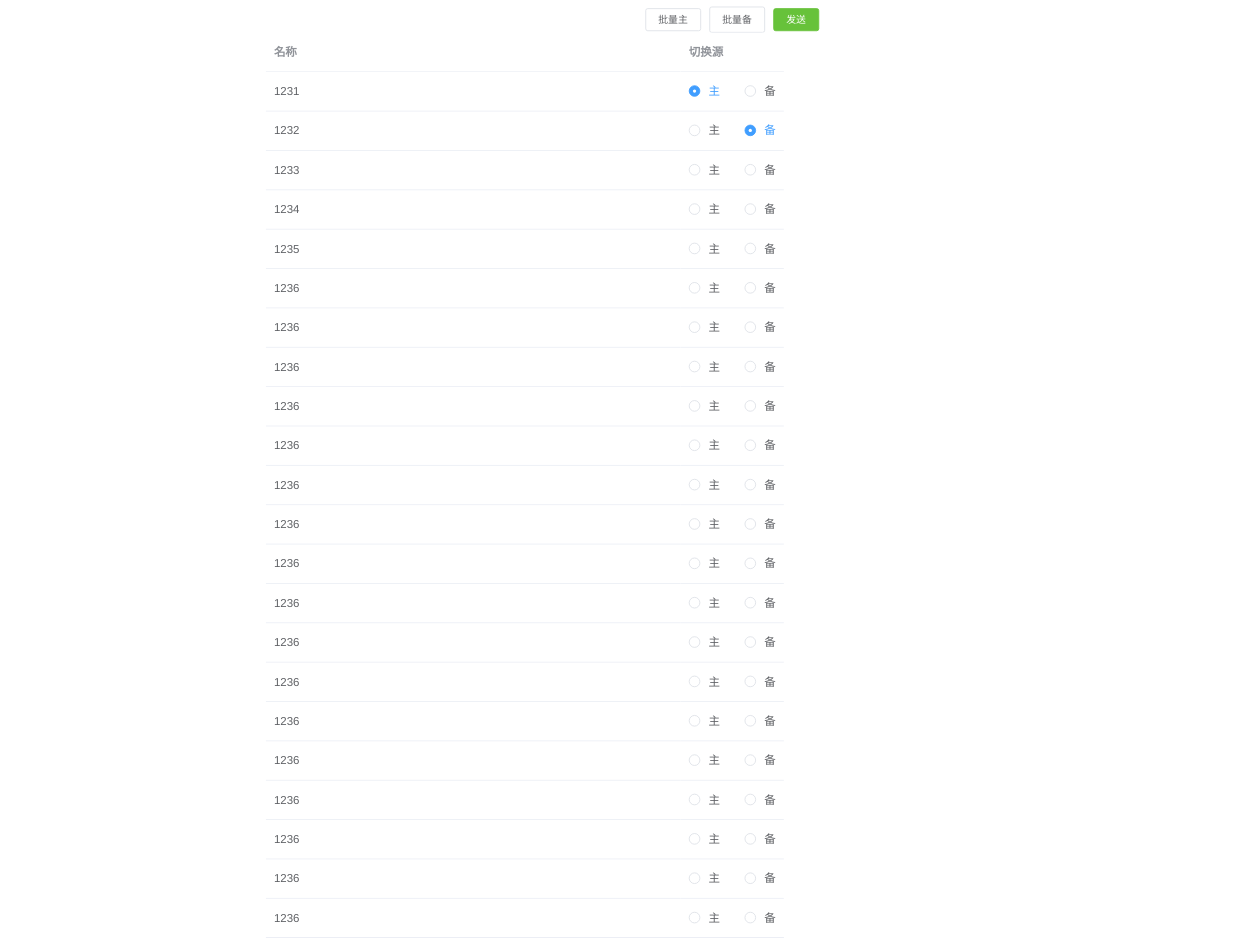
Repository: faintout/BHMQTTSendTool
Page: /
An editor plug-in stored every save of this project. The page is shown before and after the next save, followed by the edit.
The browser window is 1280 px wide. The page is 1525 px wide, so the pictures cover 1525 px, including what lies to the right of the window. The pictures show the whole page, at 82% of full size.
The project was rebuilt for these pictures with package versions that can differ from the ones it lists, and the page was loaded fresh each time. Also part of the build but not shown: vue.config.js. Imported but missing from the stored project, and not drawn on this page: src/views/About.vue.

Above is the page before, as saved 2020-08-26 14:08:55.

### public/index.html
<!DOCTYPE html>
<html lang="en">
  <head>
    <meta charset="utf-8">
    <meta http-equiv="X-UA-Compatible" content="IE=edge">
    <meta name="viewport" content="width=device-width,initial-scale=1.0">
    <link rel="stylesheet" href="">
    <title></title>
  </head>
  <body>
    <div id="app">

    </div>
    <!-- built files will be auto injected -->
  </body>
</html>

### src/main.js
import Vue from 'vue'
import App from './App.vue'
import router from './router'
import $ from 'jquery'
import ElementUi from 'element-ui'
import 'element-ui/lib/theme-chalk/index.css'
import 'element-ui/lib/theme-chalk/reset.css'

Vue.config.productionTip = false
Vue.use(ElementUi)
new Vue({
  router,
  render: h => h(App)
}).$mount('#app')

### src/views/Home.vue
<template>
  <div class="content">
      <title></title>
          <!-- 按钮模块 -->
    <div style="position: relative;left: calc(50% - 30%);">
       <el-button size="mini">批量主</el-button>
       <el-button size="small">批量备</el-button>
       <el-button type="success" size="mini">发送</el-button>
    </div>
      <el-table
      v-loading="tableLoading"
      :data="tableData"
       style="width: 50%;position: relative;left: calc(50% - 25%);">
      >
      <el-table-column
          prop="name"
          min-width="4"
        label="名称"
      >
      </el-table-column>
    <el-table-column
        label="切换源"
        min-width="1"

        >
        <template slot-scope="scope">
        <el-radio-group v-model="scope.row.enable">
            <el-radio :label="0" @click.native.prevent="changeItem('1')" >主</el-radio>
            <el-radio :label="1"
            @click.native="changItemRadio(scope.row.enable)"
            >备</el-radio>
     </el-radio-group>
        </template>
      </el-table-column>

      </el-table>

      <el-backtop target=".page-component__scroll .el-scrollbar__wrap"></el-backtop>
  </div>

</template>

<script>

export default {
  components:{},
  data(){
    return {
        //表格框加载
        tableLoading:false,
        tableData:[
            {
                id:1,
                name:'1231',
                enable:0,
                data:'333'
            },
            {
                id:2,
                name:'1232',
                enable:1,
                data:'333'
            },
            {
                id:3,
                name:'1233',
                enable:'1',
                data:'333'
            },
            {
                id:4,
                name:'1234',
                enable:'1',
                data:'333'
            },
            {
                id:5,
                name:'1235',
                enable:'1',
                data:'333'
            }
            ,{
                id:6,
                name:'1236',
                enable:'1',
                data:'333'
            }
            ,{
                id:6,
                name:'1236',
                enable:'1',
                data:'333'
            }
            ,{
                id:6,
                name:'1236',
                enable:'1',
                data:'333'
            }
            ,{
                id:6,
                name:'1236',
                enable:'1',
                data:'333'
            }
            ,{
                id:6,
                name:'1236',
                enable:'1',
                data:'333'
            }
            ,{
                id:6,
                name:'1236',
                enable:'1',
                data:'333'
            }
            ,{
                id:6,
                name:'1236',
                enable:'1',
                data:'333'
            }
            ,{
                id:6,
                name:'1236',
                enable:'1',
                data:'333'
            }
            ,{
                id:6,
                name:'1236',
                enable:'1',
                data:'333'
            }
            ,{
                id:6,
                name:'1236',
                enable:'1',
                data:'333'
            }
            ,{
                id:6,
                name:'1236',
                enable:'1',
                data:'333'
            }
            ,{
                id:6,
                name:'1236',
                enable:'1',
                data:'333'
            }
            ,{
                id:6,
                name:'1236',
                enable:'1',
                data:'333'
            }
            ,{
                id:6,
                name:'1236',
                enable:'1',
                data:'333'
            }
            ,{
                id:6,
                name:'1236',
                enable:'1',
                data:'333'
            }
            ,{
                id:6,
                name:'1236',
                enable:'1',
                data:'333'
            }
            ,{
                id:6,
                name:'1236',
                enable:'1',
                data:'333'
            }
        ]
    }
  },
  watch:{},
  computed:{

  },
  methods:{
      changeItem(item){
          console.log('item',item);
      },
      changItemRadio(item){
          console.log('itemzhixng ');
      },
      //获取所有数据
      getAllMqttData(){

      },
      //数据处理
      dataProcessing(){

      }

  },
  mounted(){
      console.log(this.tableData);
  },
  created(){},
}
</script>
<style lang="less" scoped>
</style>

Loaded but not shown: src/App.vue (common file); src/router/index.js (common file)

After the next save:
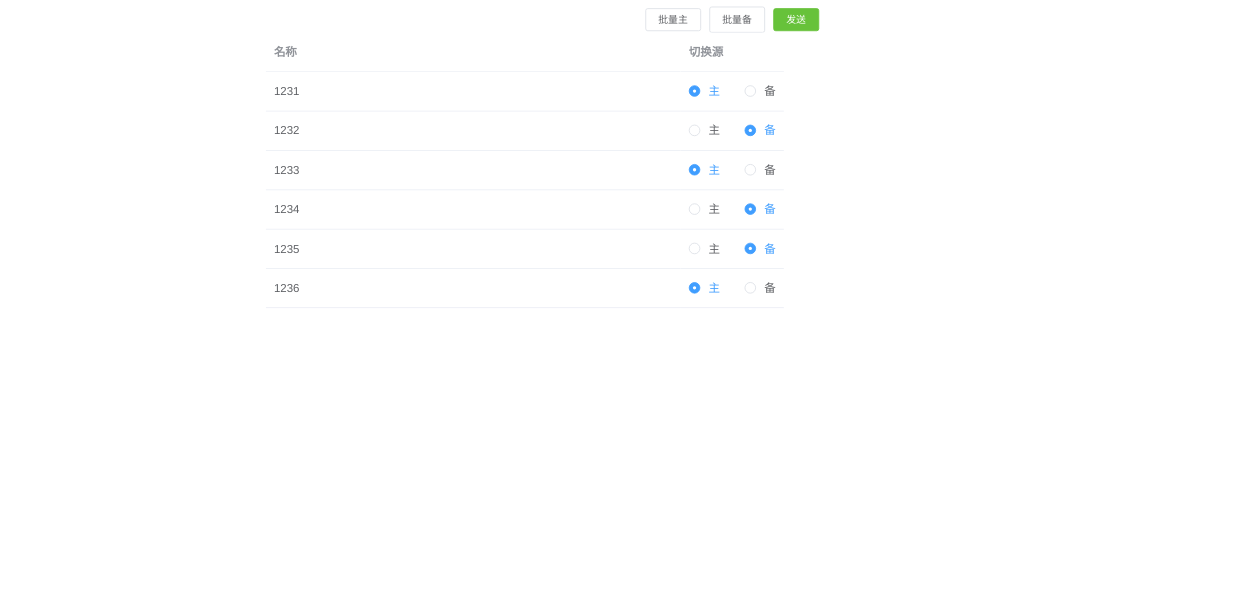
Saved 59 s later.
--- a/src/views/Home.vue
+++ b/src/views/Home.vue
@@ -64,121 +64,25 @@ export default {
             {
                 id:3,
                 name:'1233',
-                enable:'1',
+                enable:0,
                 data:'333'
             },
             {
                 id:4,
                 name:'1234',
-                enable:'1',
+                enable:1,
                 data:'333'
             },
             {
                 id:5,
                 name:'1235',
-                enable:'1',
+                enable:1,
                 data:'333'
             }
             ,{
                 id:6,
                 name:'1236',
-                enable:'1',
-                data:'333'
-            }
-            ,{
-                id:6,
-                name:'1236',
-                enable:'1',
-                data:'333'
-            }
-            ,{
-                id:6,
-                name:'1236',
-                enable:'1',
-                data:'333'
-            }
-            ,{
-                id:6,
-                name:'1236',
-                enable:'1',
-                data:'333'
-            }
-            ,{
-                id:6,
-                name:'1236',
-                enable:'1',
-                data:'333'
-            }
-            ,{
-                id:6,
-                name:'1236',
-                enable:'1',
-                data:'333'
-            }
-            ,{
-                id:6,
-                name:'1236',
-                enable:'1',
-                data:'333'
-            }
-            ,{
-                id:6,
-                name:'1236',
-                enable:'1',
-                data:'333'
-            }
-            ,{
-                id:6,
-                name:'1236',
-                enable:'1',
-                data:'333'
-            }
-            ,{
-                id:6,
-                name:'1236',
-                enable:'1',
-                data:'333'
-            }
-            ,{
-                id:6,
-                name:'1236',
-                enable:'1',
-                data:'333'
-            }
-            ,{
-                id:6,
-                name:'1236',
-                enable:'1',
-                data:'333'
-            }
-            ,{
-                id:6,
-                name:'1236',
-                enable:'1',
-                data:'333'
-            }
-            ,{
-                id:6,
-                name:'1236',
-                enable:'1',
-                data:'333'
-            }
-            ,{
-                id:6,
-                name:'1236',
-                enable:'1',
-                data:'333'
-            }
-            ,{
-                id:6,
-                name:'1236',
-                enable:'1',
-                data:'333'
-            }
-            ,{
-                id:6,
-                name:'1236',
-                enable:'1',
+                enable:0,
                 data:'333'
             }
         ]
